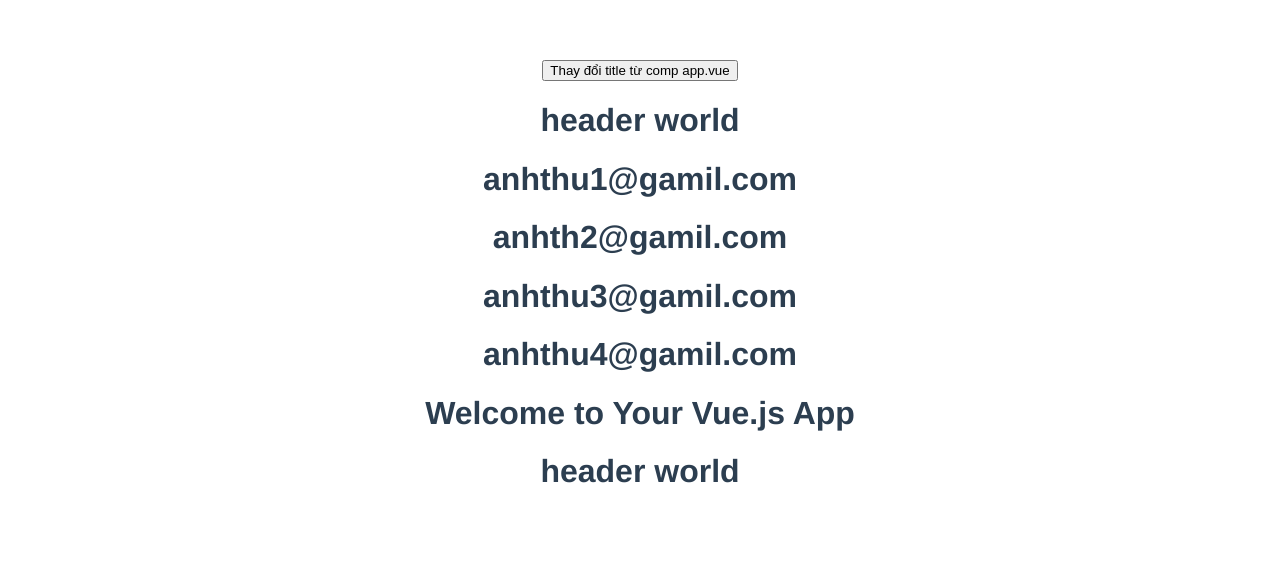
Repository: anhthu112/Todo-list
Page: /
These files come from the project's save history. The page is drawn as it stood at one moment and after the next save; the edit follows.
The browser window is 1280 px wide. The pictures show the whole page.
The project was rebuilt for these pictures with package versions that can differ from the ones it lists, and the page was loaded fresh each time. Also part of the build but not shown: vue.config.js.

Above is the page before, as saved 2024-01-22 15:42:47.

### src/App.vue
<template>
  <div class="container">
    <button v-on:click="title='Yoon Jeonghan'">Thay đổi title từ comp app.vue</button>
    <CompHeader v-bind:title="title"/>
    <ListUser v-bind:listUser="listUser"/>
    <HelloWorld msg="Welcome to Your Vue.js App"/>
    <ComFooter v-bind:title="title"/>
  </div>

</template>

<script>
import HelloWorld from './components/HelloWorld.vue'
import CompHeader from './components/CompHeader.vue';
import ComFooter from './components/ComFooter.vue';
import ListUser from './components/ListUser.vue';
export default {
  name: 'App',
  data(){
    return {
      title:'header world',
      listUser : [
        {id:1000, email:'anhthu1@gamil.com', active: true},
        {id:1001, email:'anhth2@gamil.com', active: true},
        {id:1002, email:'anhthu3@gamil.com', active: true},
        {id:1003, email:'anhthu4@gamil.com', active: false}
      ]
    }
  },
  components: {
    HelloWorld,
    CompHeader,
    ComFooter,
    ListUser
}
}
</script>

<style>
#app {
  font-family: Avenir, Helvetica, Arial, sans-serif;
  -webkit-font-smoothing: antialiased;
  -moz-osx-font-smoothing: grayscale;
  text-align: center;
  color: #2c3e50;
  margin-top: 60px;
}
</style>

### src/components/CompHeader.vue
<template>
    <header><h1>{{ title }}</h1></header>
</template>
<script>
    export default{
        name: 'comp-header',
        props:{
            title: String,
        },
        data (){
            return {
            }
        }
    }
</script>

### src/components/ComFooter.vue
<template>
    <footer>
            <h1>{{ title }}</h1>
    </footer>

</template>
<script>
    export default{
        name: 'comp-footer',
        props: {
            title: String,
        }
    }
</script>

### src/components/ListUser.vue
<template>
    <div class="list-user">
      <User v-for="user in listUser" v-bind:key="user.id" v-bind:user="user" />
    </div>
</template>

  <script>
  import User from './User.vue';
  export default {
    name: 'ListUser',
    props: {
      listUser: {
        type: Array,
      },
    },
    components: {
      User,
    },
  };
  </script>

### src/components/User.vue
<template>
    <div class="user">
        <h1>{{ user.email }}</h1>
    </div>
</template>
<script>
    export default {
        name: 'userComponent',
        props:{
            user : {
                type: Object,
            }
        },
        data (){
            return {

            }
        }
    }
</script>

Loaded but not shown: public/index.html (common file); src/main.js (common file); src/components/HelloWorld.vue (common file)

After the next save:
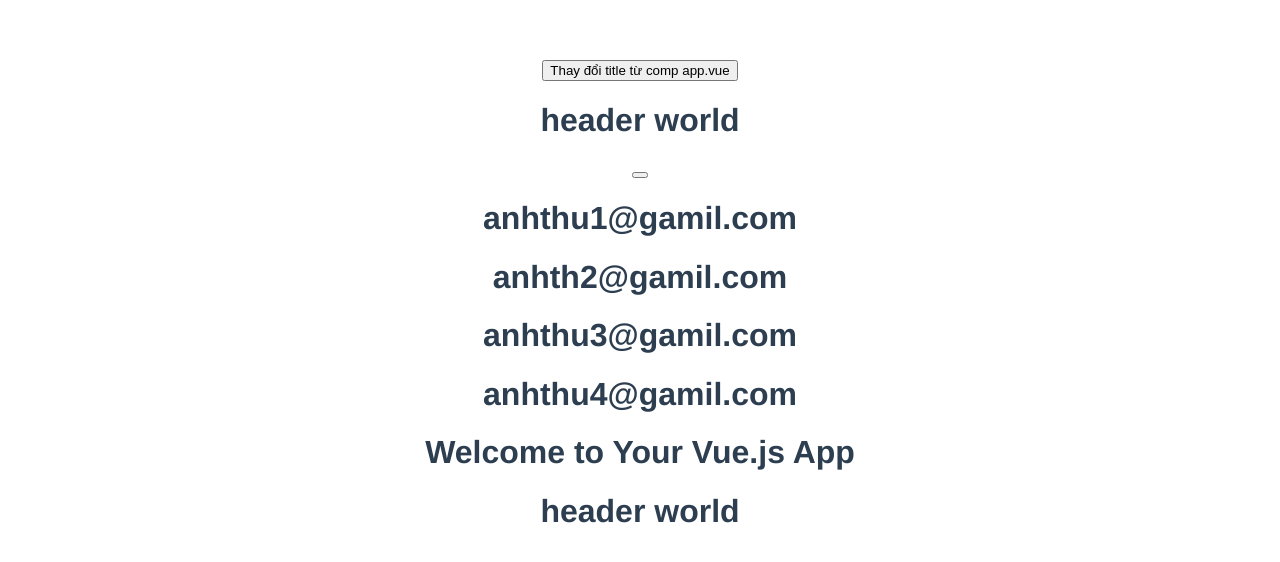
Saved 3 min 36 s later.
--- a/src/components/CompHeader.vue
+++ b/src/components/CompHeader.vue
@@ -1,5 +1,6 @@
 <template>
     <header><h1>{{ title }}</h1></header>
+    <button v-on:click="title='Jeon Wonwoo'"></button>
 </template>
 <script>
     export default{
